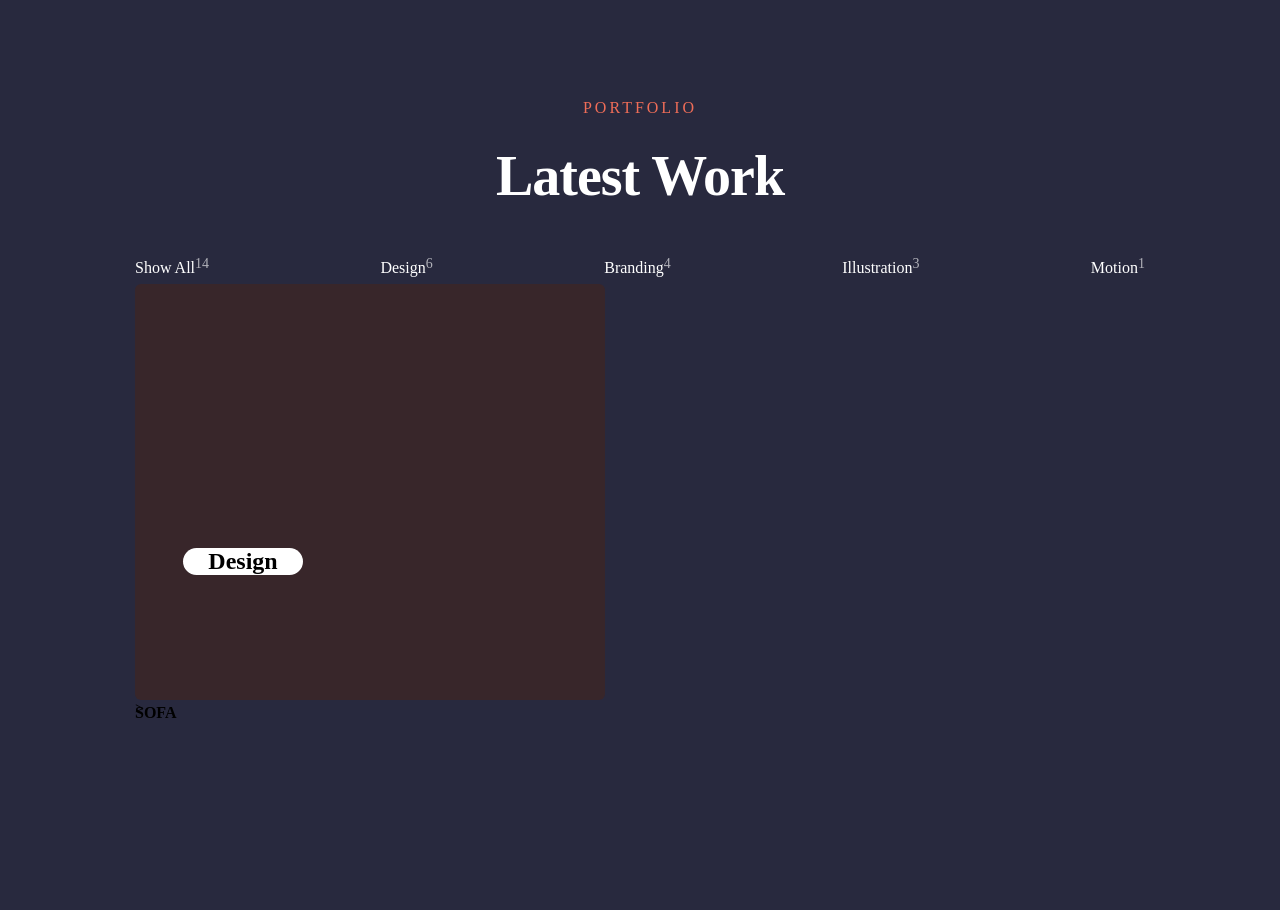
Repository: kubrazamanova/Position-3
Page: index.html
These files come from the project's save history. The page is drawn as it stood at one moment and after the next save; the edit follows.
The browser window is 1280 px wide. The pictures show the whole page.

Above is the page before, as saved 2023-10-21 11:05:34.

### index.html
<!DOCTYPE html>
<html lang="en">
  <head>
    <meta charset="UTF-8" />
    <meta name="viewport" content="width=device-width, initial-scale=1.0" />
    <link rel="stylesheet" href="index.css" />
    <title>Document</title>
  </head>
  <body>
    <div class="container">
      <div class="box-1">
        <h1>Portfolio</h1>
        <b>Latest Work</b>
      </div>

      <div class="number">
        <ul>
          <li>
            <p>Show All</p>
            <b>14</b>
          </li>

          <li>
            <p>Design</p>
            <b>6</b>
          </li>

          <li>
            <p>Branding</p>
            <b>4</b>
          </li>

          <li>
            <p>Illustration</p>
            <b>3</b>
          </li>

          <li>
            <p>Motion</p>
            <b>1</b>
          </li>
        </ul>
      </div>

      <div class="box">
        <img src="./image/01.svg" alt="" />
        <h2 class="design">Design</h2>
        <b>SOFA</b>
      </div>

>
<!--
      <div class="bej-square">
        <img src="./image/02.svg" alt="" />
        <h2>Illustration</h2>

        <div class="bej-01">
          <b>Work Media</b>
        </div>
      </div> -->
    </div>
  </body>
</html>

### index.css
* {
  margin: 0;
  padding: 0;
  box-sizing: border-box;
}

.container {
  padding: 92px 135px 192px 135px;
  min-height: 100vh;
  background: #28293e;
}
.container .box-1 {
  display: flex;
  flex-direction: column;
}

.container .box-1 h1 {
  margin-bottom: 20px;
  color: var(--Text_Light_Accent, #ef6d58);
  text-align: center;
  font-family: Epilogue;
  font-size: 16px;
  font-style: normal;
  font-weight: 400;
  line-height: 32px;
  letter-spacing: 3px;
  text-transform: uppercase;
}

.container .box-1 b {
  color: var(--Text_Light, #fff);
  text-align: center;
  font-feature-settings: "clig" off, "liga" off;
  font-family: Epilogue;
  font-size: 56px;
  font-style: normal;
  font-weight: 800;
  line-height: 64px;
  letter-spacing: -1px;
}

.container .number ul {
  position: relative;
}
.container ul {
  margin-top: 44px;
  display: flex;
  justify-content: space-between;
}

.container ul li {
  display: flex;
  list-style-type: none;
}

.container ul li p {
  color: var(--Text_Light, #fff);
  font-feature-settings: "clig" off, "liga" off;
  font-family: Epilogue;
  font-size: 16px;
  font-style: normal;
  font-weight: 400;
  line-height: 32px;
}

.container ul li b {
  color: var(--Text_Light_Gray, rgba(255, 255, 255, 0.64));
  text-align: center;
  font-feature-settings: "clig" off, "liga" off;
  font-family: Epilogue;
  font-size: 14px;
  font-style: normal;
  font-weight: 400;
  line-height: 24px;
}



.container .red-01 b {
  color: var(--Text_Light, #fff);
  font-feature-settings: "clig" off, "liga" off;
  font-family: Epilogue;
  font-size: 40px;
  font-style: normal;
  font-weight: 800;
  line-height: 48px;
  position: relative;
  bottom: 100px;
  left: 48px;
}

.box-33 {
  position: relative;
}

.bej-square {
  position: relative;
  top: 30px;
}

.bej-square h2 {
  width: 116px;
  height: 38px;
  border-radius: 19px;
  background: #fff;
  color: var(--Text_Dark, #391400);
  font-feature-settings: "clig" off, "liga" off;
  font-family: Epilogue;
  font-size: 16px;
  font-style: normal;
  font-weight: 400;
  line-height: 32px;
  display: flex;
  justify-content: center;
  position: absolute;
  bottom: 150px;
  left: 48px;
}

.bej-square .bej-01 b {
  color: var(--Text_Light, #fff);
  font-feature-settings: "clig" off, "liga" off;
  font-family: Epilogue;
  font-size: 40px;
  font-style: normal;
  font-weight: 800;
  line-height: 48px;
  position: relative;
  bottom: 70px;
  left: 48px;
}

.box{
  width: 470px;
height: 416px;
position: relative;
}
.box img{
  width: 470px;
height: 416px;
}
.container .box h2 {
  position: absolute;
  width: 120px;
  border-radius: 25px;
  background: #fff;
  display: flex;
  justify-content: center;
  bottom: 125px;
  left: 48px;
}

After the next save:
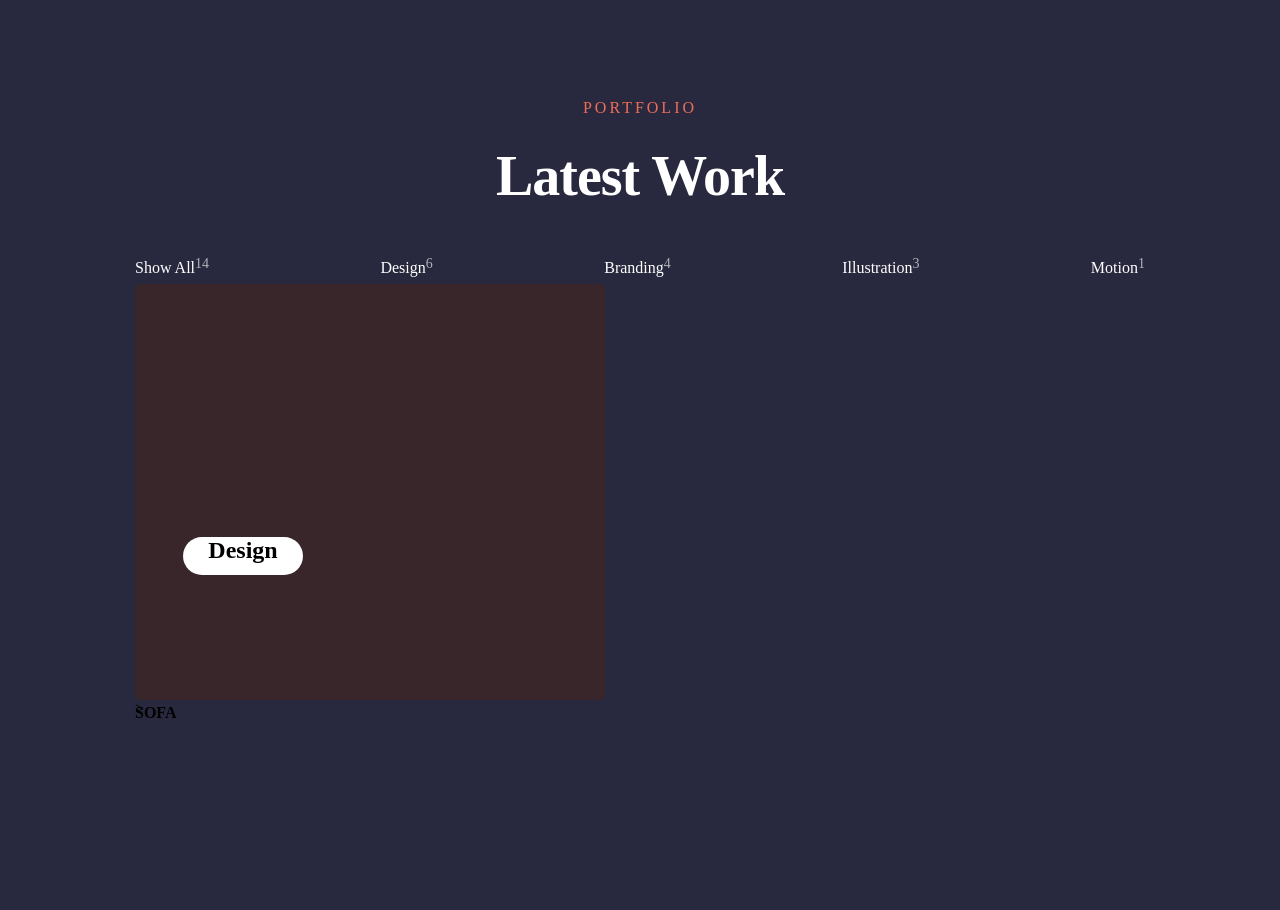
Saved 71 s later.
--- a/index.css
+++ b/index.css
@@ -142,6 +142,8 @@ height: 416px;
 .container .box h2 {
   position: absolute;
   width: 120px;
+  height: 38px;
+
   border-radius: 25px;
   background: #fff;
   display: flex;
